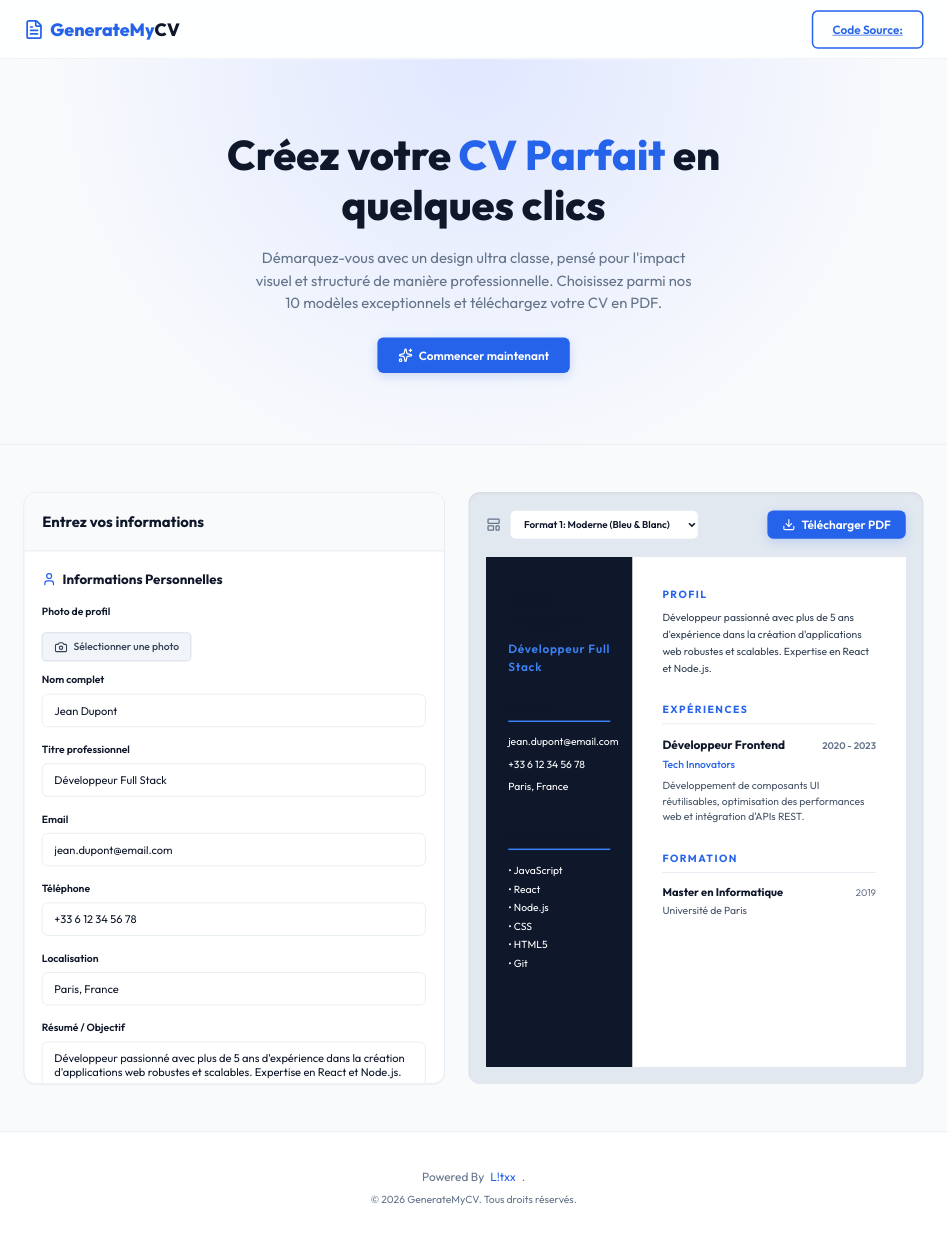
Repository: Issa-Mgn/Generatemy--cv
Page: /
These files come from the project's save history. The page is drawn as it stood at one moment and after a run of saves; the edit follows.
The browser window is 1280 px wide. The pictures show the whole page, at 74% of full size.
An inner scrolling area shows only its first screen. The project was rebuilt for these pictures with package versions that can differ from the ones it lists, and the page was loaded fresh each time. Also part of the build but not shown: vite.config.js.

Above is the page before, as saved 2026-04-13 19:35:41.

After the next 3 saves:
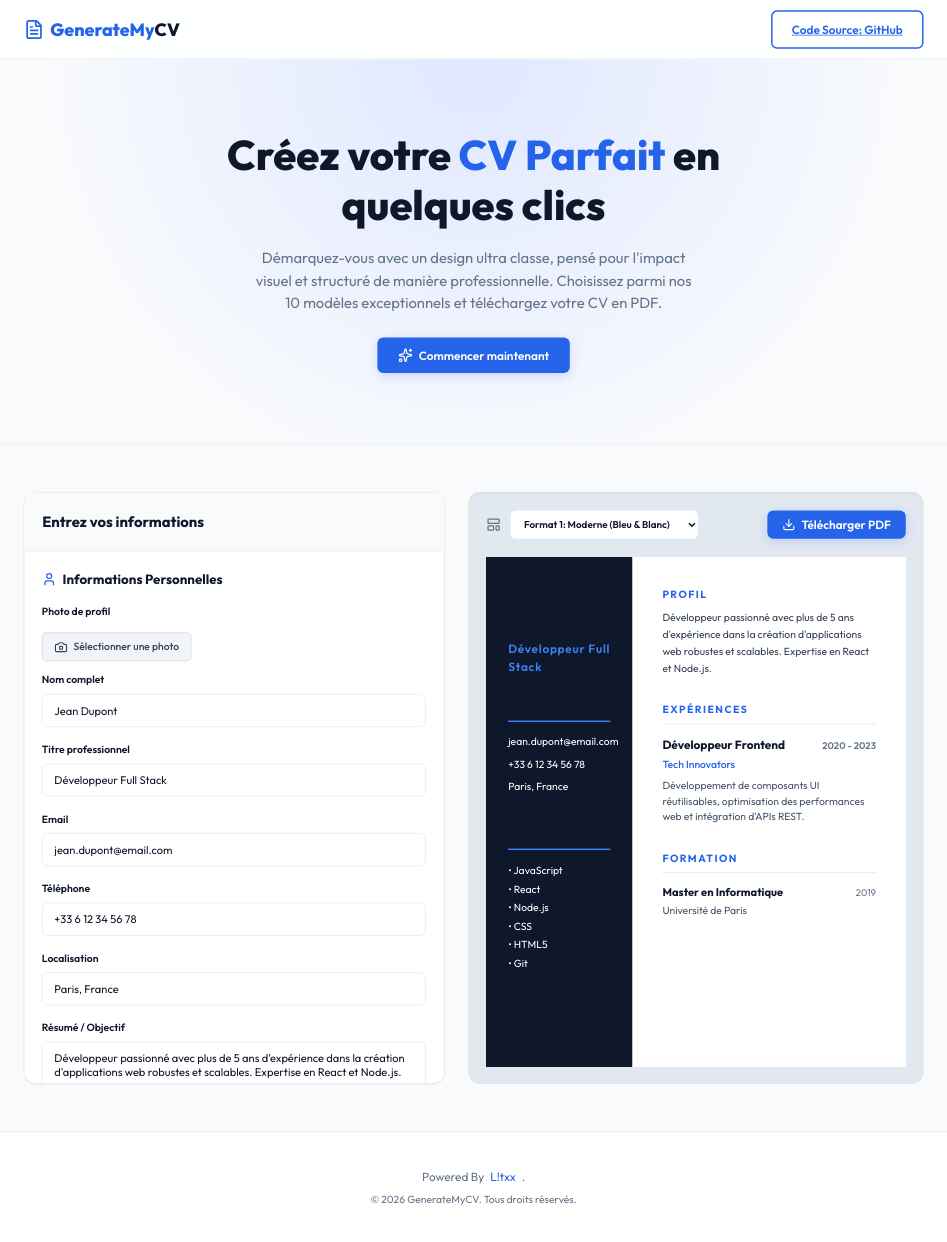
The 3 saves are shown as one change because 1 did not build or start and some came seconds apart.
The last was saved 20 s later.
--- a/src/components/Header.jsx
+++ b/src/components/Header.jsx
@@ -12,7 +12,7 @@
         <nav>
 
           <a href="https://github.com/Issa-Mgn/Generatemy--cv.git" target="_blank" rel="noreferrer" className="btn-outline">
-            <span>Code Source: </span>
+            <span>Code Source: <span>GitHub</span></span>
 </a>
         </nav>
       </div>
